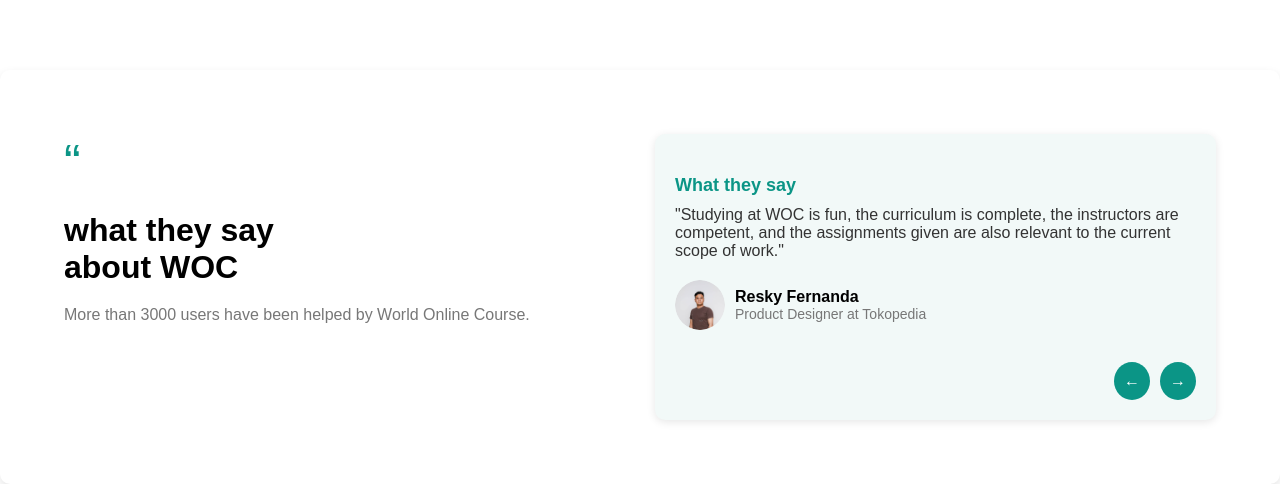
Repository: MaramNabil872/Landing-Page
Page: landingPage.html
These files come from the project's save history. The page is drawn as it stood at one moment and after the next save; the edit follows.
The browser window is 1280 px wide. The pictures show the part of the page from y = 4333 to 5054 px (the page is 4817 px tall before and 5054 px after).
A picture or video elsewhere on the page could not be fetched, so the positions and the page height are approximate.

Above is the page before, as saved 2024-10-22 16:08:39.

After the next save:
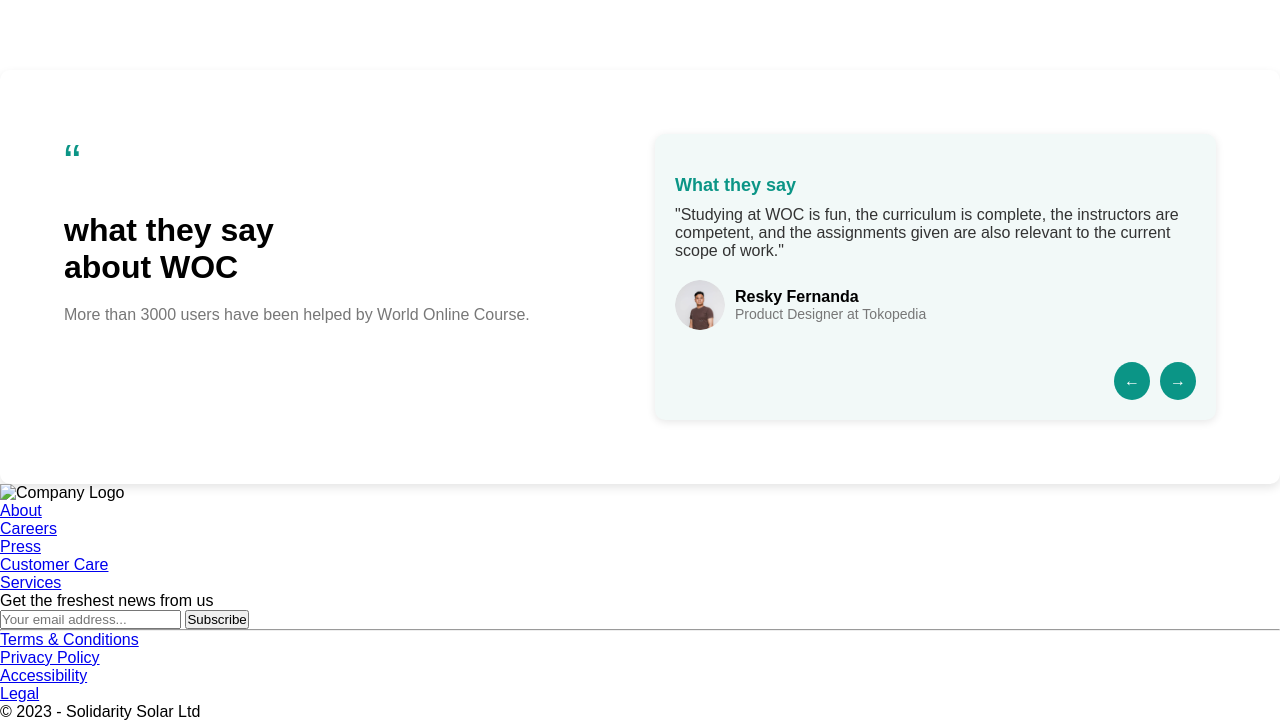
Not found: logo.png
Saved 4 s later.
--- a/landingPage.html
+++ b/landingPage.html
@@ -357,5 +357,43 @@
 
 
           <!-- footer -->
+
+
+          <footer class="footer">
+            <div class="footer-container">
+                <div class="footer-left">
+                    <img src="logo.png" alt="Company Logo" class="footer-logo">
+                </div>
+                <div class="footer-center">
+                    <ul class="footer-links">
+                        <li><a href="#">About</a></li>
+                        <li><a href="#">Careers</a></li>
+                        <li><a href="#">Press</a></li>
+                        <li><a href="#">Customer Care</a></li>
+                        <li><a href="#">Services</a></li>
+                    </ul>
+                </div>
+                <div class="footer-right">
+                    <p>Get the freshest news from us</p>
+                    <div class="subscribe-container">
+                        <input type="email" placeholder="Your email address...">
+                        <button>Subscribe</button>
+                    </div>
+                </div>
+            </div>
+
+            <hr class="footer-divider">
+
+            <div class="footer-bottom">
+                <ul class="footer-bottom-links">
+                    <li><a href="#">Terms & Conditions</a></li>
+                    <li><a href="#">Privacy Policy</a></li>
+                    <li><a href="#">Accessibility</a></li>
+                    <li><a href="#">Legal</a></li>
+                </ul>
+                <p>&copy; 2023 - Solidarity Solar Ltd</p>
+            </div>
+        </footer>
+
     </body>
 </html>
